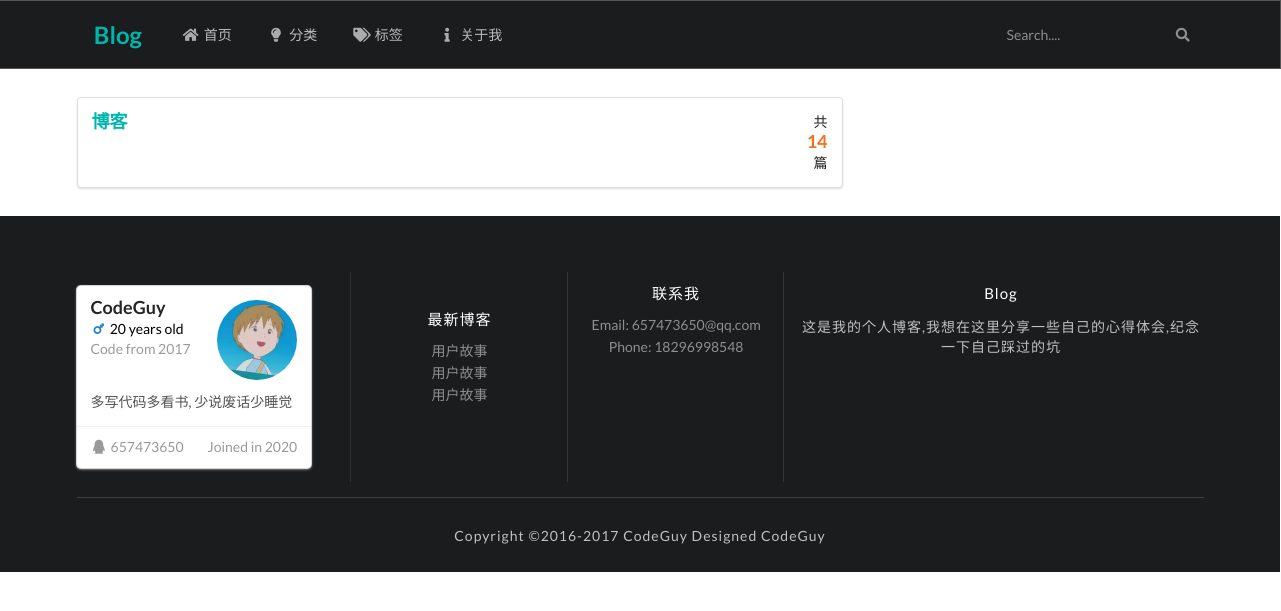
Repository: GOGOHQ/myblog
Page: index.html
An editor plug-in stored every save of this project. The page is shown before and after the next save, followed by the edit.
The browser window is 1280 px wide. The page is 1281 px wide, so the pictures cover 1281 px, including what lies to the right of the window. The pictures show the whole page.
Some web libraries are served in a nearby version.

Above is the page before, as saved 2020-01-16 18:49:21.

After the next save:
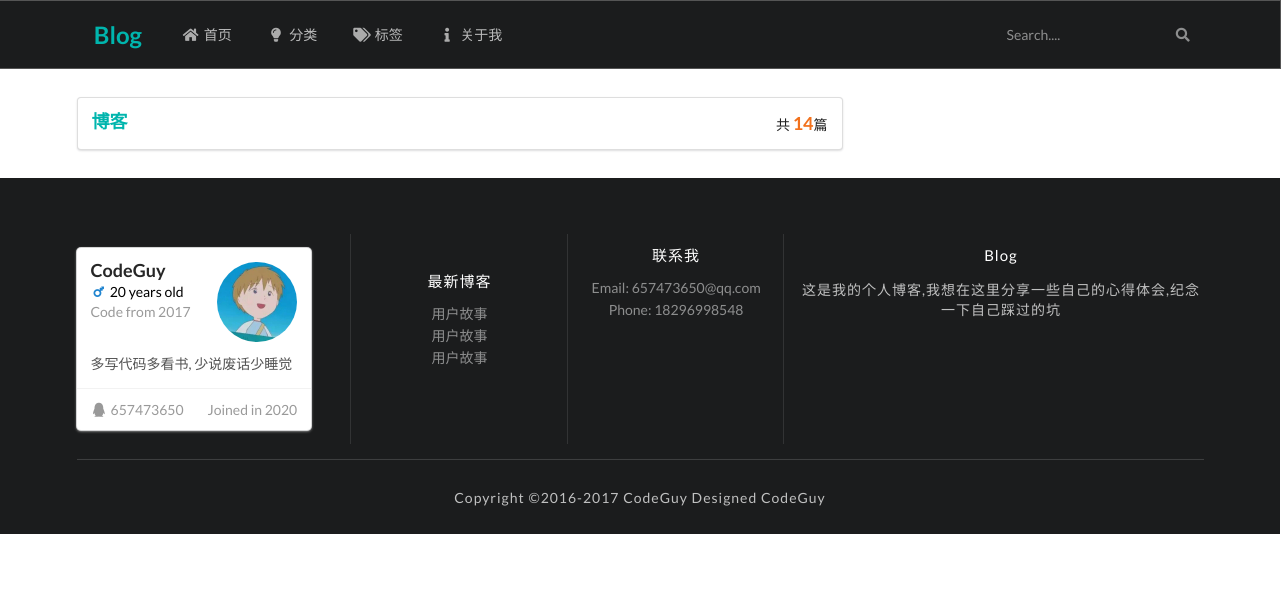
Saved 2 s later.
--- a/index.html
+++ b/index.html
@@ -42,7 +42,7 @@
                         </div>
                         <div class="right aligned column">
                             共
-                            <h3 class="ui orange header m-inln">14</h3>篇
+                            <h3 class="ui orange header m-inline-block">14</h3>篇
                         </div>
                     </div>
                 </div>
